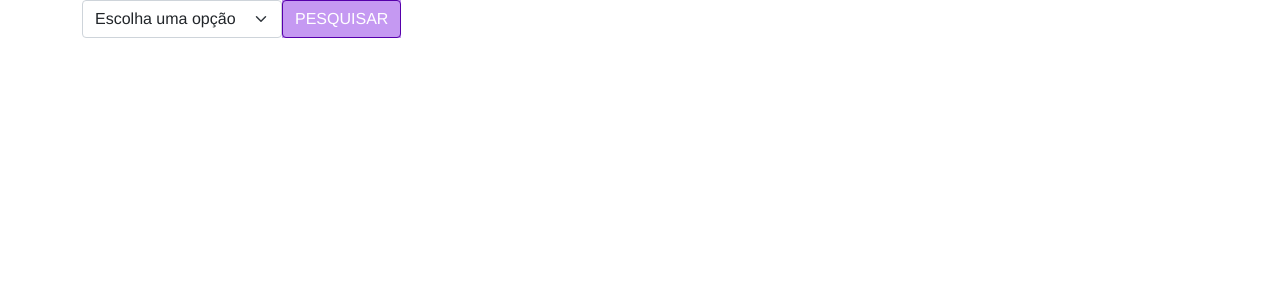
Repository: LuismGil/Countries-list
Page: /
These files come from the project's save history. The page is drawn as it stood at one moment and after the next save; the edit follows.
The browser window is 1280 px wide. The pictures show the whole page.
The pointer rests on the first visible `.btn-find`.
The project was rebuilt for these pictures with package versions that can differ from the ones it lists, and the page was loaded fresh each time.

Above is the page before, as saved 2021-05-22 21:21:28.

### public/index.html
<!DOCTYPE html>
<html lang="">
  <head>
    <meta charset="utf-8">
    <meta http-equiv="X-UA-Compatible" content="IE=edge">
    <meta name="viewport" content="width=device-width,initial-scale=1.0">
    <link rel="icon" href="<%= BASE_URL %>favicon.ico">
    <link href="https://cdn.jsdelivr.net/npm/bootstrap@5.0.1/dist/css/bootstrap.min.css" rel="stylesheet" integrity="sha384-+0n0xVW2eSR5OomGNYDnhzAbDsOXxcvSN1TPprVMTNDbiYZCxYbOOl7+AMvyTG2x" crossorigin="anonymous">
    <title><%= htmlWebpackPlugin.options.title %></title>
  </head>
  <body>
    <noscript>
      <strong>We're sorry but <%= htmlWebpackPlugin.options.title %> doesn't work properly without JavaScript enabled. Please enable it to continue.</strong>
    </noscript>
    <div id="app"></div>
    <!-- built files will be auto injected -->
  </body>
</html>

### src/App.vue
<template>
  <div id="app">
    <!-- <mv-header /> -->
    <Home></Home>

  </div>
</template>

<script>
// import MvHeader from './components/MvHeader.vue';
import Home from './views/Home.vue';

export default {
  name: 'App',
  components: {
    // MvHeader,
    Home,
  },
};
</script>

<style>
#app {
  color: #2c3e50;
  font-family: Avenir, Helvetica, Arial, sans-serif;
  -webkit-font-smoothing: antialiased;
  -moz-osx-font-smoothing: grayscale;
  text-align: center;
}
</style>

### src/views/Home.vue
<template>
  <div>
    <mv-countries></mv-countries>

  </div>
</template>

<script>
import MvCountries from '../components/MvCountries.vue';

export default {
  components: { MvCountries },

};
</script>

<style>

</style>

### src/components/MvCountries.vue
<template>
  <div>
    <div class="container">
    <select class="form-select form-width" aria-label="Escolha uma opção">
      <option selected disabled>Escolha uma opção</option>
      <option value="1">Região</option>
      <option value="2">Capital</option>
      <option value="3">Língua</option>
      <option value="4">País</option>
      <option value="5">Código de ligação</option>
    </select>
    <mv-button class="btn-find" >
        <span class="btn-span">PESQUISAR</span>
    </mv-button>
    </div>

  </div>
</template>

<script>
import MvButton from './MvButton.vue';

export default {
  components: { MvButton },

};
</script>

<style>
.container {
  display: flex;
  flex-direction: row;
}

.form-width {
  width: 200px;
}

.btn-span {
   color: #fff;
}

.btn-find {
  background-color: #c599f2;
}

.btn-find:hover {
   color: #fff;
  background-color: #c599f2;
}

</style>

### src/components/MvButton.vue
<template>
  <div>
    <button type="button" class="btn btn-outline btn-color">
      <slot></slot>
      </button>
  </div>
</template>

<script>
// import MvArrowIcon from './MvArrowIcon.vue';

export default {
  // components: { MvArrowIcon },

};
</script>

<style>
.btn-color {
  border-color: #5600AB;
  color: #5600AB;
}

.btn-color:hover {
  color: #fff;
  background-color: #c599f2;
}

</style>

Loaded but not shown: src/main.js (common file)

After the next save:
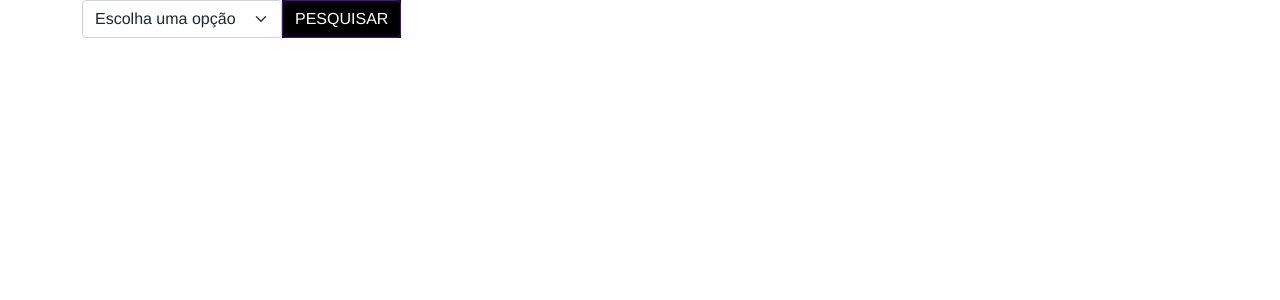
Saved 20 s later.
--- a/src/components/MvCountries.vue
+++ b/src/components/MvCountries.vue
@@ -46,7 +46,7 @@
 
 .btn-find:hover {
    color: #fff;
-  background-color: #c599f2;
+  background-color: #000;
 }
 
 </style>

After the save that followed:
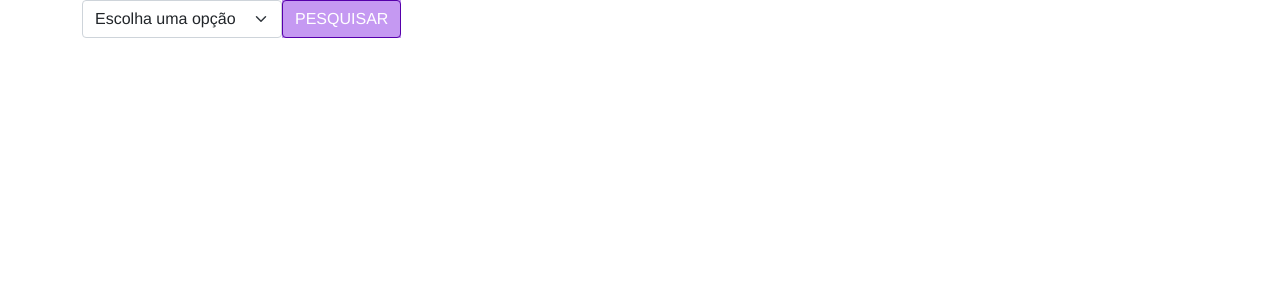
Saved 25 s later.
--- a/src/components/MvCountries.vue
+++ b/src/components/MvCountries.vue
@@ -44,7 +44,7 @@
   background-color: #c599f2;
 }
 
-.btn-find:hover {
+.btn-find:active {
    color: #fff;
   background-color: #000;
 }
